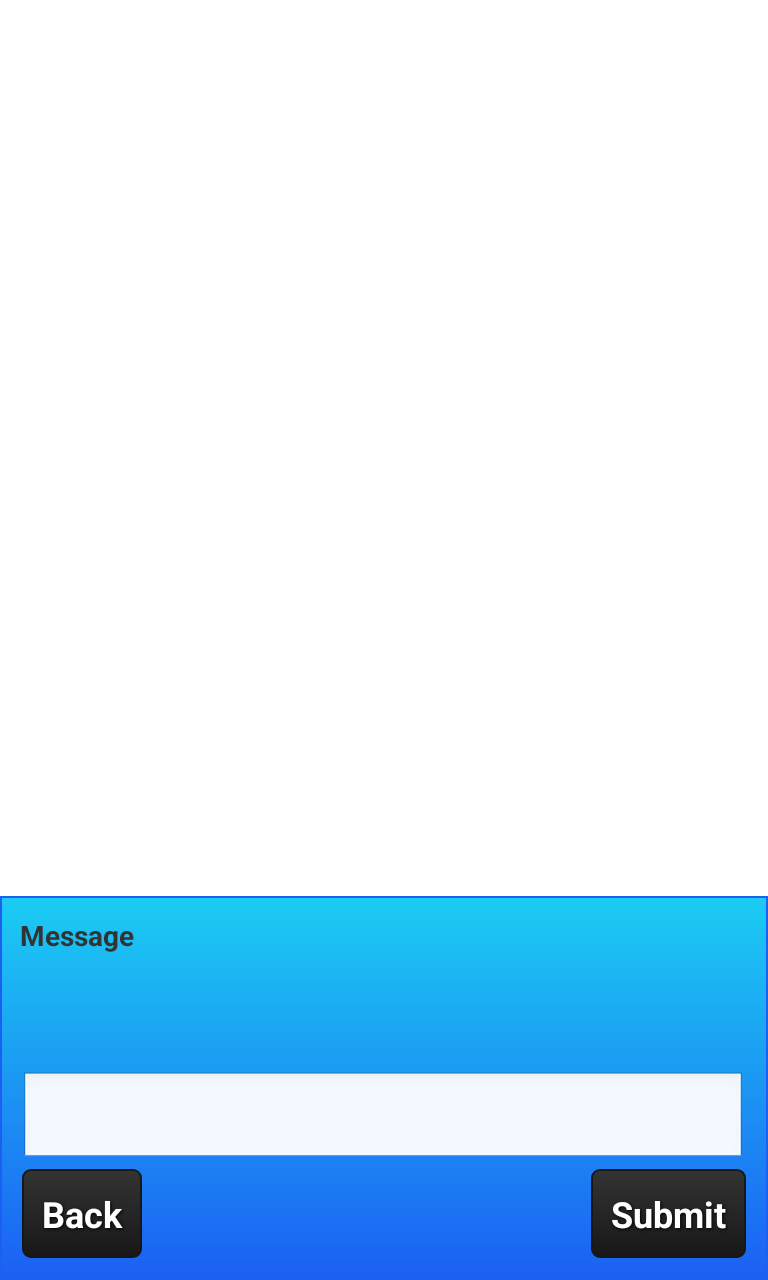
Repository: yuanpeixin/Project
Layout: GameForum/res/layout/add_reply.xml
An editor plug-in stored every save of this project. The layout is shown before and after the next save, followed by the edit.
It is drawn on a 768 x 1280 px phone screen (xhdpi) without system bars, with theme android:Theme.Translucent; the app's code is not run.

Above is the layout before, as saved 2015-10-09 02:08:35.

After the next save:
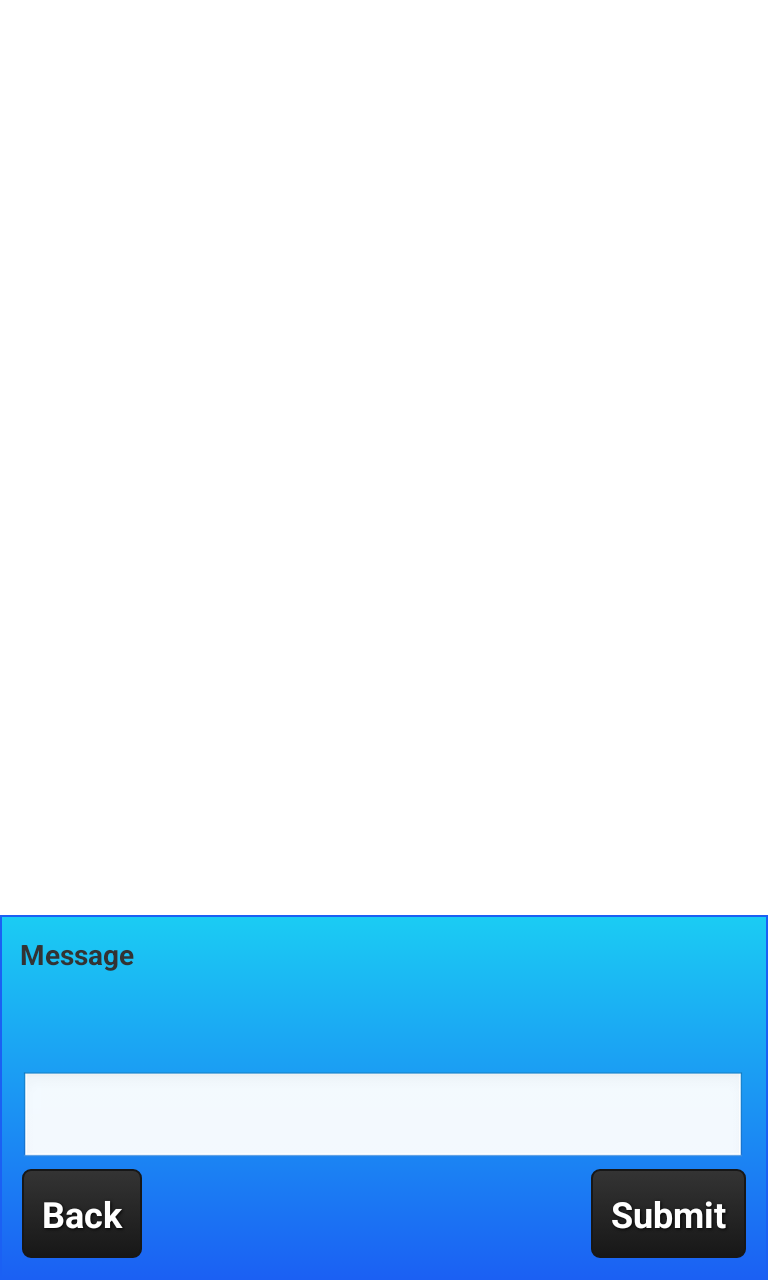
Saved 36 s later.
--- a/GameForum/res/layout/add_reply.xml
+++ b/GameForum/res/layout/add_reply.xml
@@ -3,18 +3,18 @@
     android:layout_width="match_parent"
     android:layout_height="match_parent"
     android:orientation="vertical"
-    android:weightSum="10" >
+    android:weightSum="7" >
 
     <LinearLayout
         android:layout_width="match_parent"
         android:layout_height="match_parent"
-        android:layout_weight="3" >
+        android:layout_weight="2" >
     </LinearLayout>
 
     <RelativeLayout
         android:layout_width="match_parent"
         android:layout_height="match_parent"
-        android:layout_weight="7"
+        android:layout_weight="5"
         android:background="@drawable/blue_gradient" >
 
         <Button
